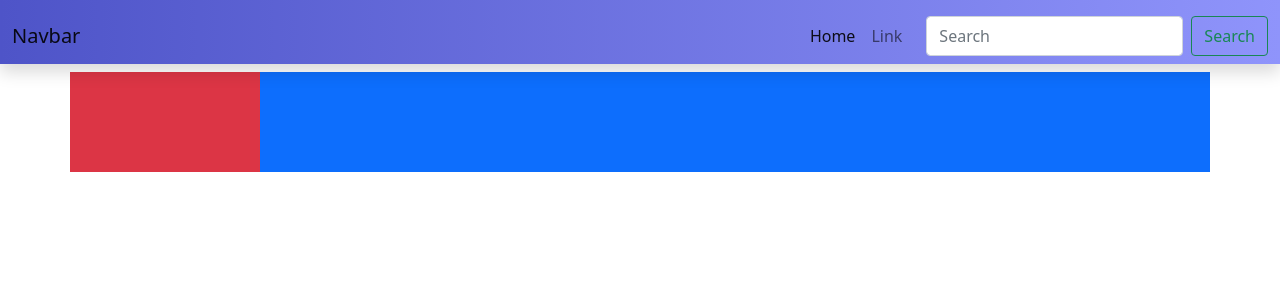
Repository: ttranhhoang/layoutBS
Page: index.html
These files come from the project's save history. The page is drawn as it stood at one moment and after the next save; the edit follows.
The browser window is 1280 px wide. The pictures show the whole page.

Above is the page before, as saved 2022-04-23 17:15:30.

### index.html
<!DOCTYPE html>
<html lang="en">
  <head>
    <meta charset="UTF-8" />
    <meta http-equiv="X-UA-Compatible" content="IE=edge" />
    <meta name="viewport" content="width=device-width, initial-scale=1.0" />
    <title>Layout BS</title>
    <link
      href="https://cdn.jsdelivr.net/npm/bootstrap@5.1.3/dist/css/bootstrap.min.css"
      rel="stylesheet"
      integrity="sha384-1BmE4kWBq78iYhFldvKuhfTAU6auU8tT94WrHftjDbrCEXSU1oBoqyl2QvZ6jIW3"
      crossorigin="anonymous"
    />
    <link rel="stylesheet" href="index.css" />
  </head>
  <body>
    <header class="header">
      <nav class="navbar navbar-expand-lg fixed-top shadow navbar-light">
        <div class="container-fluid">
          <a class="navbar-brand" href="#">Navbar</a>
          <button
            class="navbar-toggler"
            type="button"
            data-bs-toggle="offcanvas"
            data-bs-target="#navbarOffcanvasLg"
            aria-controls="navbarOffcanvasLg"
            aria-expanded="false"
            aria-label="Toggle navigation"
          >
            <span class="navbar-toggler-icon"></span>
          </button>

          <div
            class="offcanvas offcanvas-end"
            tabindex="-1"
            id="navbarOffcanvasLg"
            aria-labelledby="navbarOffcanvasLgLabel"
          >
            <div class="offcanvas-header">
              <h5 class="offcanvas-title" id="offcanvasNavbarLabel">
                Offcanvas
              </h5>
              <button
                type="button"
                class="btn-close text-reset"
                data-bs-dismiss="offcanvas"
                aria-label="Close"
              ></button>
            </div>
            <div class="offcanvas-body">
              <ul class="navbar-nav justify-content-end flex-grow-1 pe-3">
                <li class="nav-item">
                  <a class="nav-link active" aria-current="page" href="#"
                    >Home</a
                  >
                </li>
                <li class="nav-item">
                  <a class="nav-link" href="#">Link</a>
                </li>
              </ul>
              <form class="d-flex">
                <input
                  class="form-control me-2 "
                  type="search"
                  placeholder="Search"
                  aria-label="Search"
                />
                <button class="btn btn-outline-success" type="submit">
                  Search
                </button>
              </form>
            </div>
          </div>
        </div>
      </nav>
    </header>

    <div class="container">
      <div class="row">
        <div class="col-2 bg-danger"></div>
        <div class="col-10 bg-primary"></div>
      </div>
    </div>

    <script
      src="https://cdn.jsdelivr.net/npm/bootstrap@5.1.3/dist/js/bootstrap.bundle.min.js"
      integrity="sha384-ka7Sk0Gln4gmtz2MlQnikT1wXgYsOg+OMhuP+IlRH9sENBO0LRn5q+8nbTov4+1p"
      crossorigin="anonymous"
    ></script>
  </body>
</html>

### index.css
*,
*::after,
*::before {
  box-sizing: border-box;
}
/* custom */
button.navbar-toggler:focus {
  box-shadow: none;
}
button[type="button"],
button[type="submit"],
button[class^="btn"]:focus {
  box-shadow: none;
}
button[class*="btn-outline"]:active:focus {
  box-shadow: none;
}

/* styles ui */
body {
  padding-top: 72px;
}
.main {
  height: 100vh;
}
nav.navbar {
  background: #4e54c8; /* fallback for old browsers */
  background: -webkit-linear-gradient(
    to left,
    #8f94fb,
    #4e54c8
  ); /* Chrome 10-25, Safari 5.1-6 */
  background: linear-gradient(
    to left,
    #8f94fb,
    #4e54c8
  ); /* W3C, IE 10+/ Edge, Firefox 16+, Chrome 26+, Opera 12+, Safari 7+ */
}
.navbar {
  padding-top: 1rem;
  padding-bottom
}
.navbar-light .navbar-toggler {
  border: none;
}
div.row {
  height: 100px;
}

After the next save:
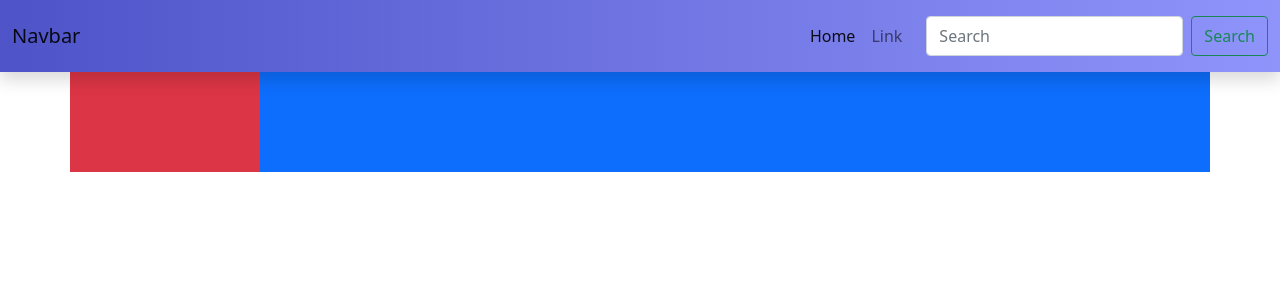
Saved 2 s later.
--- a/index.css
+++ b/index.css
@@ -38,7 +38,7 @@ nav.navbar {
 }
 .navbar {
   padding-top: 1rem;
-  padding-bottom
+  padding-bottom: 1rem;
 }
 .navbar-light .navbar-toggler {
   border: none;
